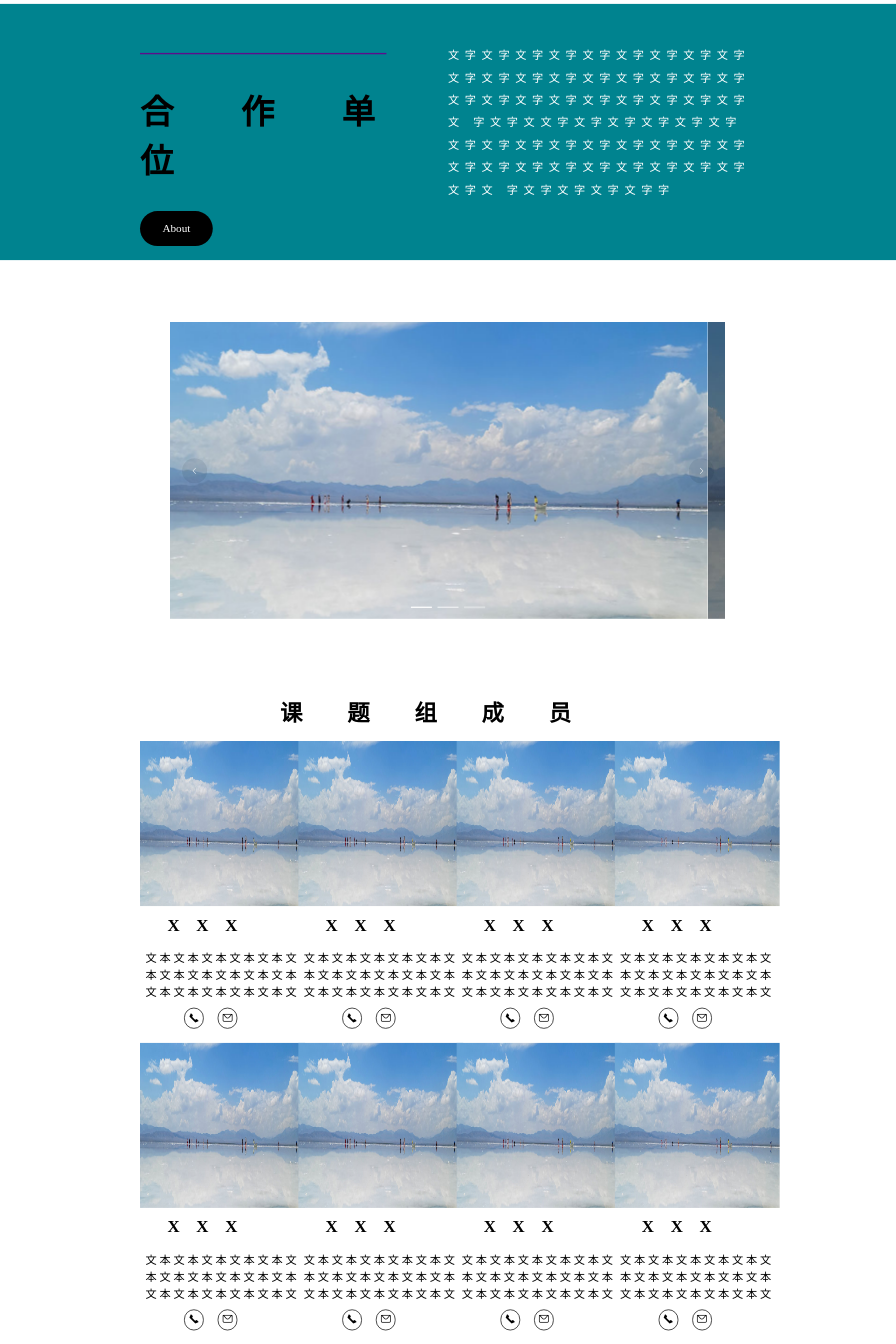
Repository: BLSY/xzust
Page: /
The author's editor kept a copy of each file at every save. The page is drawn from the files as they stood at one save, then again after the next save.
The browser window is 1280 px wide. The pictures show the part of the page from y = 922 to 2842 px (the page is 2842 px tall before and 2814 px after), at 70% of full size.
The project was rebuilt for these pictures with package versions that can differ from the ones it lists, and the page was loaded fresh each time.

Above is the page before, as saved 2022-11-27 12:15:54.

### index.html
<!DOCTYPE html>
<html>
  <head>
    <meta charset="utf-8">
    <meta name="viewport" content="width=device-width,initial-scale=1.0">
    <title>student</title>
  </head>
  <body style="margin:0;">
    <div id="app"></div>
    <!-- built files will be auto injected -->
  </body>
</html>

### src/main.js
// The Vue build version to load with the `import` command
// (runtime-only or standalone) has been set in webpack.base.conf with an alias.
import Vue from 'vue'
import App from './App'
import ElementUI from 'element-ui';
import 'element-ui/lib/theme-chalk/index.css';
import router from './router'

Vue.use(ElementUI);
Vue.config.productionTip = false

/* eslint-disable no-new */
new Vue({
  el: '#app',
  router,
  components: { App },
  template: '<App/>'
})

### src/App.vue
<template>
  <div id="app">
    <router-view/>
  </div>
</template>

<script>
export default {
  name: 'App'
}
</script>

<style>
#app {

}
</style>

### src/components/HelloWorld.vue
<template>
  <div class="indexBox">
    <div class="nav">
      <div class="login">LOGO</div>
      <div class="navList">
        <el-menu
          :default-active="activeIndex2"
          class="el-menu-demo"
          mode="horizontal"
          @select="handleSelect"
          background-color="#fff"
          text-color="#00356B"
          active-text-color="#fff"
        >
          <el-menu-item index="1">首页</el-menu-item>
          <el-submenu index="2">
            <template slot="title">业绩成果</template>
            <el-menu-item index="2-1">选项1</el-menu-item>
            <el-menu-item index="2-2">选项2</el-menu-item>
            <el-menu-item index="2-3">选项3</el-menu-item>
          </el-submenu>
          <el-menu-item index="3">在研工作</el-menu-item>
          <el-menu-item index="4">服务咨询</el-menu-item>
          <el-menu-item index="5">联系我们</el-menu-item>
        </el-menu>
      </div>
      <div class="serch">
        <el-input
          placeholder="请输入内容"
          prefix-icon="el-icon-search"
          v-model="input2"
        >
        </el-input>
      </div>
    </div>
    <div class="top">
      <div class="toptext">
        <h3 class="h-text">西藏农牧学院水利水电工程</h3>
        <h3 class="h-text" >郭永刚老师课题组</h3>
        <div class="detil">
          文字文字文字文字文字文字文字文字文字文字文字文字文字文字文字文字文字文字文字文字文字文字文字文字文字文字文字文字文字文字
        </div>

      </div>
      <div class="starvidio">
        </div>
    </div>
    <div class="team">
      <div class="team-left">
        <div class="line"></div>
        <h3 class="team-title">团队简介</h3>
        <div class="team-icon">About</div>
      </div>
      <div class="team-right">
        <div class="team-text">
          文字文字文字文字文字文字文字文字文字文字文字文字文字文字文字文字文字文字文字文字文字文字文字文字文字文字文字文
          字文字文文字文字文字文字文字文字文字文字文字文字文字文字文字文字文字文字文字文字文字文字文字文字文字文字文字文
          字文字文字文字文字字
        </div>

      </div>
    </div>
     <div class="cooperation">
      <div class="cooperation-left">
        <div class="line"></div>
        <h3 class="cooperation-title">合作单位</h3>
        <div class="cooperation-icon">About</div>
      </div>
      <div class="cooperation-right">
        <div class="cooperation-text">
          文字文字文字文字文字文字文字文字文字文字文字文字文字文字文字文字文字文字文字文字文字文字文字文字文字文字文字文
          字文字文文字文字文字文字文字文字文字文字文字文字文字文字文字文字文字文字文字文字文字文字文字文字文字文字文字文
          字文字文字文字文字字
        </div>

      </div>
    </div>
    <div class="preject">
      <div class="carousel">
         <el-carousel :interval="5000" arrow="always" height="425px">
          <el-carousel-item v-for="(item,index) in imgList" :key="index">
            <img :src="item.idView"  class="image">
          </el-carousel-item>
        </el-carousel>
      </div>

    </div>
    <div class="group">
      <h3 class="group-title">课题组成员</h3>
      <div class="showMessage" >
        <div class="show-item" v-for="(item,index) in groupList" :key="index">
          <el-image
            style="width: 236px; height: 236px"
            :src="item.imgs"
            :fit="fit"></el-image>
            <h3 class="show-name">{{item.name}}</h3>
            <div class="show-detile">
              {{item.detail}}
            </div>
            <div class="show-icon">
              <div class="icon-circle">
                <i class="el-icon-phone"></i>
              </div>
              <div class="icon-circle">
                <i class="el-icon-message"> </i>
              </div>
            </div>
        </div>
      </div>
    </div>
  </div>
</template>

<script>
export default {
  name: "HelloWorld",
  data() {
    return {
      activeIndex2: "1",
      input2: "",
      imgList:[
        {idView:require('../assets/preject.jpg')},
        {idView:require('../assets/black-preject.jpg')},
        {idView:require('../assets/topbackg.jpg')}
      ],
      groupList:[
        {imgs: require('../assets/preject.jpg'),name:'XXX',detail:'文本文本文本文本文本文本文本文本文本文本文本文本文本文本文本文本文本文本文本文本文本文本文本文本文本文本文本'},
        {imgs: require('../assets/preject.jpg'),name:'XXX',detail:'文本文本文本文本文本文本文本文本文本文本文本文本文本文本文本文本文本文本文本文本文本文本文本文本文本文本文本'},
        {imgs: require('../assets/preject.jpg'),name:'XXX',detail:'文本文本文本文本文本文本文本文本文本文本文本文本文本文本文本文本文本文本文本文本文本文本文本文本文本文本文本'},
        {imgs: require('../assets/preject.jpg'),name:'XXX',detail:'文本文本文本文本文本文本文本文本文本文本文本文本文本文本文本文本文本文本文本文本文本文本文本文本文本文本文本'},
        {imgs: require('../assets/preject.jpg'),name:'XXX',detail:'文本文本文本文本文本文本文本文本文本文本文本文本文本文本文本文本文本文本文本文本文本文本文本文本文本文本文本'},
        {imgs: require('../assets/preject.jpg'),name:'XXX',detail:'文本文本文本文本文本文本文本文本文本文本文本文本文本文本文本文本文本文本文本文本文本文本文本文本文本文本文本'},
        {imgs: require('../assets/preject.jpg'),name:'XXX',detail:'文本文本文本文本文本文本文本文本文本文本文本文本文本文本文本文本文本文本文本文本文本文本文本文本文本文本文本'},
        {imgs: require('../assets/preject.jpg'),name:'XXX',detail:'文本文本文本文本文本文本文本文本文本文本文本文本文本文本文本文本文本文本文本文本文本文本文本文本文本文本文本'}
        ]
    };
  },
  props: {
    msg: String,
  },
  methods: {
    handleSelect(key, keyPath) {
      console.log(key, keyPath);
    },
  },
};
</script>

<!-- Add "scoped" attribute to limit CSS to this component only -->
<style scoped >
*{
  list-style: none;
  box-sizing: border-box;
}
h3{
  margin: 0;
  padding: 0;
  margin: 10px 0;
}
html{
  font-size: 16px;
}
.indexBox {
  width: 100%;
  height: 100%;
  position: relative;
  box-sizing: border-box;
}
.nav {
  display: flex;
  align-items: center;
  justify-content: center;
  padding: 0 200px;
}
.login {
  flex: 1;
  display: inline-block;
  font-size: 3em;
  font-weight: bold;
  color: #00356B;
  font-family: MicrosoftYaHei;
  margin-right: 100px;
}
.navList{
  flex: 4;
  display: inline-block;
  min-width:55%;
  font-size: 2em;
}
.serch{
  flex: 1;
  display: inline-block;
  margin-left:30px ;
}
.el-menu-item.is-active{
  background: #00356B !important;
}
.top{
  box-sizing: border-box;
  background: url(../assets/topbackg.jpg) no-repeat;
  background-size:100% 100% ;
  position: relative;
  height: 500px;
  display: flex;
  align-items: center;
  justify-content: center;
  /* text-align: center; */
  overflow: hidden;
  padding: 0 200px;
}
  .toptext{
    display: inline-block;
    margin-top: 20px;
    width: 70%;
    text-align: left;
  }
  .h-text{
    display: inline-block;
    color: #00356B;
    font-size: 3em;
    letter-spacing:20px;
  }
  .detil{
    margin-top: 20px;
    display: inline-block;
    width:70%;
    font-size: 1em;
    text-align: left;
    letter-spacing: 0.5em;
    color:#333;
  }
  .starvidio{
    background: url(../assets/bapfang.png) no-repeat;
    background-size:100% 100% ;
    position: absolute;
    bottom: 20px;
    right: 60px;
    height: 60px;
    width: 60px;
  }
  .team{
    height: 366px;
    display: flex;
    flex-direction: row;
    align-items: center;
    justify-content: space-between;
    padding: 0 200px;
  }
  .team-left{
    height: 250px;
    flex: 1;
    text-align: cente;
    display: inline-block;
    vertical-align: top;
  }
  .team-right{
    height: 250px;
    flex: 1;
    display: inline-block;
    vertical-align: top;
  }
  .team-text{
    text-align: left;
   letter-spacing:0.5em;
   line-height: 2em;
  }
  .team-title{
    color: #00356B;
    font-size: 3em;
    letter-spacing:2em;
    margin: 40px 0;
  }
  .line{
    display: inline-block;
    margin: auto;
    width: 80%;
    border: 1px solid #5D0E8B;
  }
  .team-icon{
    text-align: center;
    width: 104px;
    height: 50px;
    line-height: 50px;
    color: #fff;
    font-size: 1em;
    background: #00356B;
    border-radius: 25px;
  }
  .cooperation{
    height: 366px;
    display: flex;
    background:#00838F ;
    flex-direction: row;
    align-items: center;
    justify-content: space-between;
    padding: 0 200px;
  }
   .cooperation-left{
    height: 250px;
    flex: 1;
    text-align: cente;
    display: inline-block;
    vertical-align: top;
  }
  .cooperation-right{
    height: 250px;
    flex: 1;
    display: inline-block;
    vertical-align: top;
  }
  .cooperation-text{
    text-align: left;
   letter-spacing:0.5em;
   line-height: 2em;
   color: #fff;
  }
  .cooperation-title{
    color: #000;
    font-size: 3em;
    letter-spacing:2em;
    margin: 40px 0;
  }

  .cooperation-icon{
    text-align: center;
    width: 104px;
    height: 50px;
    line-height: 50px;
    color: #fff;
    font-size: 1em;
    background: #000000;
    border-radius: 25px;
  }
.preject{
  /* height: 366px; */
  display: flex;
  justify-content: center;
  flex-direction: row;
  align-items: center;
  padding: 0 200px;
}
.carousel{
  margin: 88px auto;
  height: 425px;
  width: 90%;
}
/* 轮播图无图片样式 有图片可删除 */

  .image{
    width: 100%;
    height: inherit;
  }
  .group{
    text-align: center;
    display: flex;
    justify-content: center;
    flex-direction: column;
    align-items: center;
    padding: 0 200px;

  }
  .group-title{
    color: #000;
    font-size: 2em;
    letter-spacing:2em;
    margin: 20px 0;
  }
  .showMessage{
    display: flex;
    flex-direction: row;
    flex-wrap: wrap;
    align-items: center;
    justify-content: space-between;
  }
  .show-item{
    width: 23%;
    display: inline-block;
    margin-bottom: 20px;
  }
  .show-name{
    color: #000;
    font-size: 1.5em;
    letter-spacing:1em;
  }
  .show-detile{
    width: 236px;
    display: inline-block;
    max-height: 70px;
     -webkit-line-clamp: 3;
    overflow: hidden;
    text-overflow: ellipsis;
    font-size: 1em;
    letter-spacing:0.25em;
    margin: 10px 0;
  }
  .show-icon{
  }
  .icon-circle{
    margin: 0 10px;
    padding: 5px;
    font-size: 1em;
    border: 1px solid #000;
    border-radius: 1em;
    display: inline-block;
  }
</style>

Loaded but not shown: src/router/index.js (common file)

After the next save:
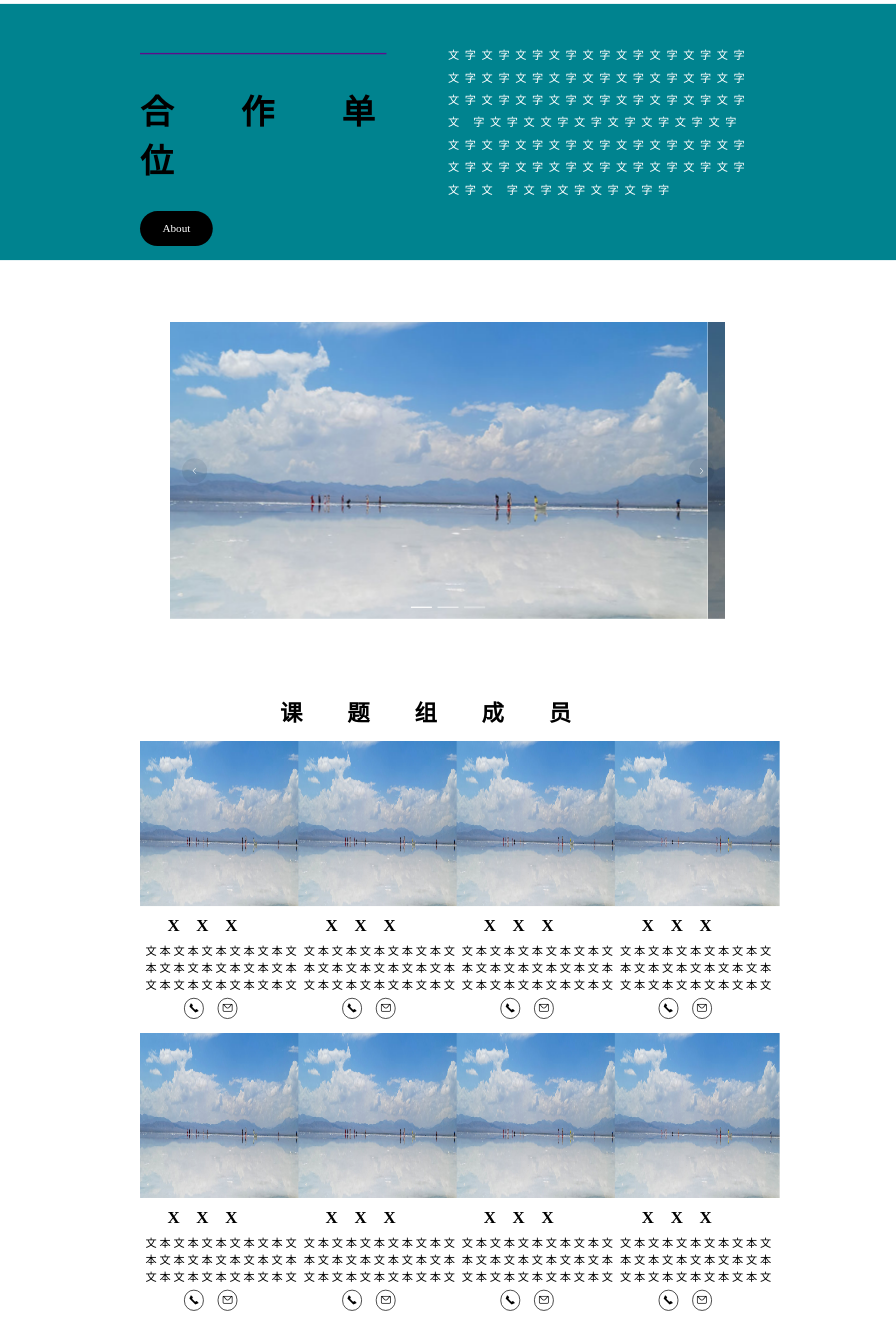
Saved 23 s later.
--- a/src/components/HelloWorld.vue
+++ b/src/components/HelloWorld.vue
@@ -392,6 +392,7 @@
     font-size: 1em;
     letter-spacing:0.25em;
     margin: 10px 0;
+     display: -webkit-box;
   }
   .show-icon{
   }

After the save that followed:
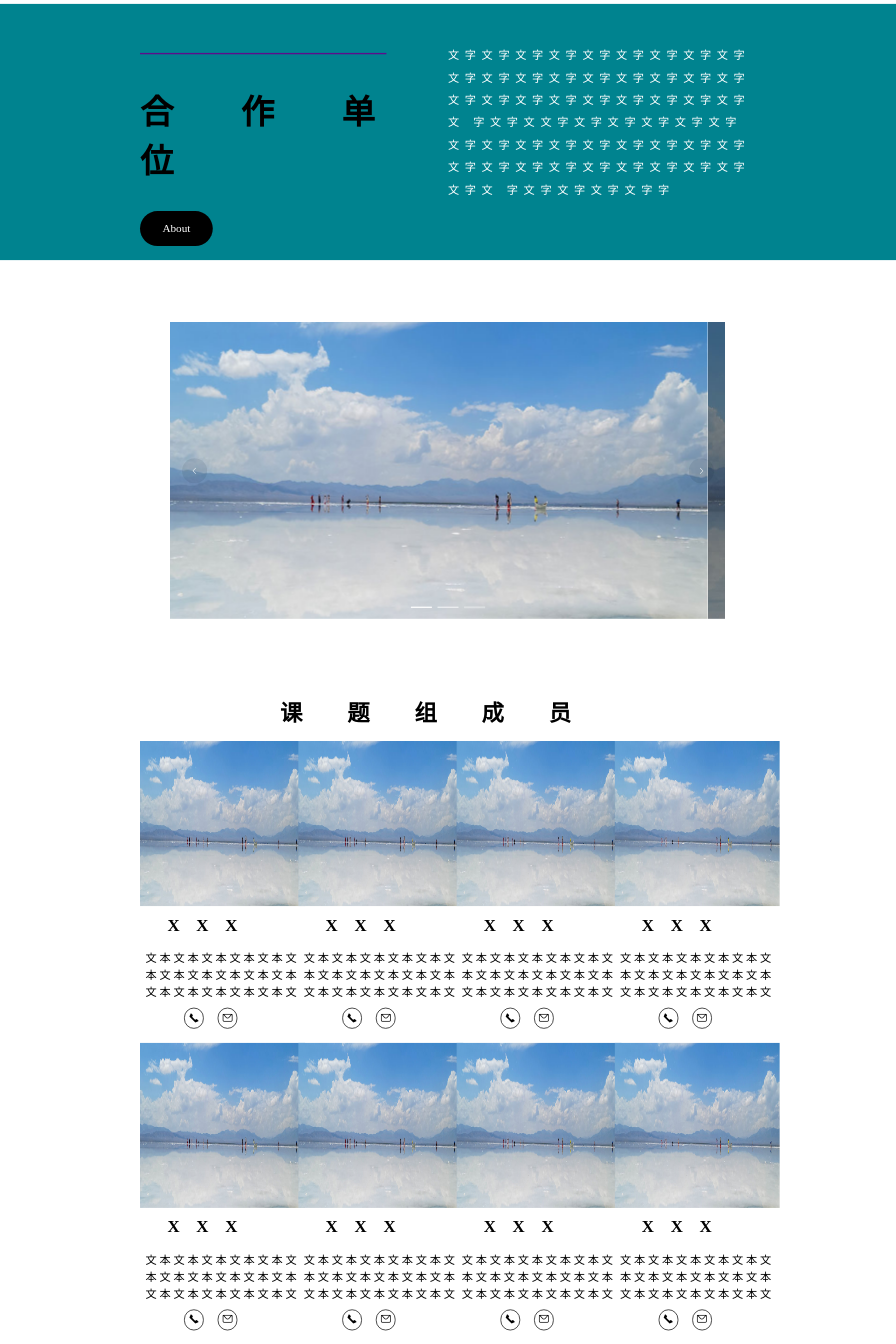
Saved 9 s later.
--- a/src/components/HelloWorld.vue
+++ b/src/components/HelloWorld.vue
@@ -392,7 +392,6 @@
     font-size: 1em;
     letter-spacing:0.25em;
     margin: 10px 0;
-     display: -webkit-box;
   }
   .show-icon{
   }
